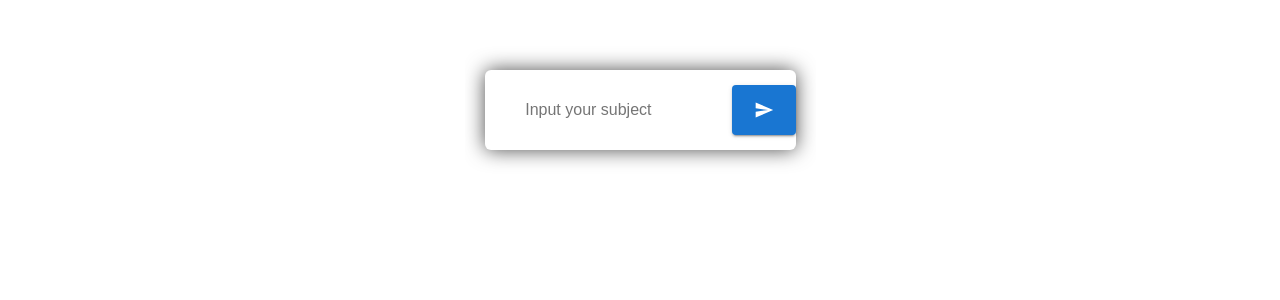
Repository: thienv29/todolist
Page: /
The author's editor kept a copy of each file at every save. The page is drawn from the files as they stood at one save, then again after the next save.
The browser window is 1280 px wide. The pictures show the whole page.
The project was rebuilt for these pictures with package versions that can differ from the ones it lists, and the page was loaded fresh each time. Also part of the build but not shown: src/components/TodoEditing.js, src/components/Todo.js.

Above is the page before, as saved 2021-10-22 17:23:50.

### public/index.html
<!DOCTYPE html>
<html lang="en">
    <head>
        <meta charset="utf-8" />
        <link rel="icon" href="%PUBLIC_URL%/favicon.ico" />
        <meta name="viewport" content="width=device-width, initial-scale=1" />
        <meta name="theme-color" content="#000000" />
        <meta name="description" content="Web site created using create-react-app" />
        <link rel="apple-touch-icon" href="%PUBLIC_URL%/logo192.png" />
        <!--
      manifest.json provides metadata used when your web app is installed on a
      user's mobile device or desktop. See https://developers.google.com/web/fundamentals/web-app-manifest/
    -->
        <link rel="manifest" href="%PUBLIC_URL%/manifest.json" />
        <!--
      Notice the use of %PUBLIC_URL% in the tags above.
      It will be replaced with the URL of the `public` folder during the build.
      Only files inside the `public` folder can be referenced from the HTML.

      Unlike "/favicon.ico" or "favicon.ico", "%PUBLIC_URL%/favicon.ico" will
      work correctly both with client-side routing and a non-root public URL.
      Learn how to configure a non-root public URL by running `npm run build`.
    -->
        <link
            rel="stylesheet"
            href="https://fonts.googleapis.com/css?family=Roboto:300,400,500,700&display=swap"
        />
        <title>React App</title>
    </head>
    <body>
        <noscript>You need to enable JavaScript to run this app.</noscript>
        <div id="root"></div>
        <!--
      This HTML file is a template.
      If you open it directly in the browser, you will see an empty page.

      You can add webfonts, meta tags, or analytics to this file.
      The build step will place the bundled scripts into the <body> tag.

      To begin the development, run `npm start` or `yarn start`.
      To create a production bundle, use `npm run build` or `yarn build`.
    --></body>
</html>

### src/index.js
import React from "react";
import ReactDOM from "react-dom";
import App from "./App";
import "./style.scss";
import store from "./redux/store";
import { Provider } from "react-redux";

ReactDOM.render(
    <Provider store={store}>
        <React.StrictMode>
            <App />
        </React.StrictMode>
    </Provider>,
    document.getElementById("root")
);

### src/App.js
import React from "react";
import TodoList from "./components/TodoList.js";
import Input from "./components/Input.js";
import {Toaster} from 'react-hot-toast'
import Grid from "@mui/material/Grid";
export default function App() {
    return (
        <Grid container className="main">
            <Input />
            <TodoList />
                <Toaster position="top-center" reverseOrder={false} />
        </Grid>
    );
}

### src/style.scss
*{
    margin: 0;
    padding: 0;
    box-sizing: border-box;
    font-family: Arial, Helvetica, sans-serif;
}
body{
    width: 100%;
    height: 100vh;
    display: flex;
    justify-content: center;
}
.main{
    width: 800px;
    height: 100%;
    padding-top: 20%;
    padding-left: 20px;
    padding-right: 20px;
    overflow: hidden;
}
.todolist{
    transition: .5s ease-in ;
}
.inputTodo{
    width: 100%;
    background-color: white;
    height: 80px;
    position: relative;
    display: flex;
    justify-content: center;
    align-items: center;
    padding: 0px 20px;
    border-radius: 6px;
    box-shadow: 0px 0px 20px rgba($color: #000000, $alpha: 0.7);
    margin-bottom: 30px;
    .inputdiv{

        height: 100%;
    }
    .input{
        width: 100%;
        height: 100%;
        border: none;
        outline: none;
        font-size: medium;

    }
    .inputTime{
        position: absolute;
    }
    .MuiButton-root.MuiButton-contained.MuiButton-containedPrimary.MuiButton-sizeMedium.MuiButton-containedSizeMedium.MuiButtonBase-root.css-sghohy-MuiButtonBase-root-MuiButton-root{
        height: 50px;
    }
    .MuiButton-endIcon.MuiButton-iconSizeMedium.css-9tj150-MuiButton-endIcon{
        padding: 0;
        margin: 0;
    }
    .MuiGrid-root.MuiGrid-item.MuiGrid-grid-xs-2.css-a0vo9r-MuiGrid-root
    {
        text-align: right;
    }
}
.todo{
    width: 100%;
    height: 60px;
    background-color: white;
    margin: 10px 0px;
    display: flex;
    align-items: center;
    justify-content: space-between;
    padding: 0px 20px;
    box-shadow: 0px 0px 20px rgba($color: #000000, $alpha: 0.7);
    border-radius: 6px;
    .tododivleft{
        align-items: center;
        display: flex;
    }
}

.todo {
    transform: translateX(200%);
    animation:
        openspace .3s ease forwards,
        restored-item-animation .5s .3s cubic-bezier(.14,.25,.52,1.56) forwards;
}

@keyframes openspace {
    to {
        height: 60px;
    }
}

@keyframes restored-item-animation {
    0% {
        opacity: 0;
         transform: translateX(100%);
    }

    70% {
        opacity: 1;
        transform: translateX(-50px);
    }

    100% {
        opacity: 1;
        transform: translateX(0);
    }
}
.todo.removed-item {
    animation: removed-item-animation .6s cubic-bezier(.65,-0.02,.72,.29);
}

@keyframes removed-item-animation {
   0% {
        opacity: 1;
        transform: translateX(0);
    }

    30% {
        opacity: 1;
        transform: translateX(50px);
    }

    80% {
        opacity: 1;
        transform: translateX(-800px);
    }

    100% {
        opacity: 0;
        transform: translateX(-800px);
    }
}
.tododivright{
    display: flex;
    align-items: center;
}

### src/redux/store.js
import { createStore } from "redux";
import reducers from "./reducers";
const store = createStore(reducers)
export default store;

### src/components/TodoList.js
import React, {  useEffect } from "react";
import Todo from "./Todo.js";
import {  useSelector } from "react-redux";
import _ from "underscore";
import { saveList } from "../redux/actions/index.js";
import { useDispatch } from "react-redux";
export default function TodoList() {
    const ListTodo = useSelector((state) => state.listTodo, _.isEqual);
    const dispatch = useDispatch()
    useEffect(() => {
        console.log(ListTodo);
        dispatch(saveList())
    }, [ListTodo]);
    return (
        <div className='todolist'>
            {ListTodo.map((TodoChild) => {
                return (
                    <Todo key={TodoChild.id} Todo={TodoChild}  />
                );
            })}
        </div>
    );
}

### src/components/Input.js
import React from "react";
import DateTimePicker from "@mui/lab/DateTimePicker";
import TextField from "@mui/material/TextField";
import AdapterDateFns from "@mui/lab/AdapterDateFns";
import LocalizationProvider from "@mui/lab/LocalizationProvider";
import Grid from "@mui/material/Grid";
import Button from "@mui/material/Button";
import SendIcon from "@mui/icons-material/Send";
import { useDispatch } from "react-redux";
import { addElement } from "../redux/actions";

export default function Input() {
    const [valueNote, setValueNote] = React.useState({
        time: '',
        note: "",
    });
    const dispatch = useDispatch();

    const handleAddNote = () => {
        if (valueNote.note === "") {
        } else {
            dispatch(addElement(valueNote));
            setValueNote({
                ...valueNote,
                note: "",
            });
        }
    };

    return (
        <Grid className="inputTodo" lg={12} >
            <Grid item className='inputdiv' >
                <input
                    type="text"
                    value={valueNote.note}
                    onChange={(e) => {
                        setValueNote({ ...valueNote, note: e.target.value });
                    }}
                    className="input"
                    placeholder="Input your subject"
                />
            </Grid>
            <Grid item >
                <LocalizationProvider dateAdapter={AdapterDateFns}>
                    <DateTimePicker
                        className="inputTime"
                        label="Deadline"
                        value={valueNote.time}
                        onChange={(time) => {
                            setValueNote({ ...valueNote, time: time });
                        }}

                        renderInput={(params) => <TextField {...params} />}
                    />
                </LocalizationProvider>
            </Grid>
            <Grid item xs={1}>
                <Button
                    onClick={handleAddNote}
                    variant="contained"
                    endIcon={<SendIcon />}
                ></Button>
            </Grid>
        </Grid>
    );
}

### src/redux/reducers/index.js
import { combineReducers } from "redux";
import TodoListReducer from "./todolistReducer.js";
const reducers = combineReducers({
    listTodo: TodoListReducer,
});
export default reducers;

### src/redux/actions/index.js

export const setComplete = function (id,bool) {
    return {
        type: "SET_COMPLETE",
        data: {
            id,
            bool
        }
    };
};
export const deleteElement = function (id) {
    return {
        type: "DELETE_ELEMENT",
        data: id,
    };
};
export const addElement = function (element) {
    return {
        type: "ADD_ELEMENT",
        data: element,
    };
};
export const editElement = function (element) {
    return {
        type: "EDIT_ELEMENT",
        data: element,
    };
};
export const saveList = function () {
    return {
        type: "SAVE",
    };
};

export const reset = () => ({
    type: "RESET",
});

### src/redux/reducers/todolistReducer.js
import uuid from "react-uuid";
import toast from 'react-hot-toast';
export const initialState = JSON.parse(localStorage.getItem("listTodo") || "[]");
const TodoListReducer = (state = initialState, action) => {
    const tmp = [...state];
    switch (action.type) {
        case "SET_COMPLETE":
            tmp.forEach((e) => {
                if (e.id === action.data.id) {
                    e.isComplete = action.data.bool;
                }
            });
            return tmp;
        case "DELETE_ELEMENT":
            const removeIndex = tmp.findIndex((item) => item.id === action.data);
            tmp.splice(removeIndex, 1);
            return tmp;
        case "ADD_ELEMENT":
            const date2 = new Date();
            const date1 = new Date(action.data.time);
            const Difference_In_Time = date1.getTime() - date2.getTime();
            const Difference_In_Days = Math.floor(
                Difference_In_Time / (1000 * 3600 * 24)
            );
            if (Difference_In_Days>=0) {
                tmp.push({
                    Subject: action.data.note,
                    time: action.data.time,
                    id: uuid(),
                    isComplete: false,
                    remainingDays:Difference_In_Days
                });
            }else{
                toast.error('Ngày không hợp lệ')
            }

            tmp.sort((a,b) => {
              return a.remainingDays - b.remainingDays
            })

            return tmp;
        case "EDIT_ELEMENT":
            tmp.forEach((e) => {
                if (e.id === action.data.id) {
                    e.Subject = action.data.Subject;
                }
            });
            return tmp;
        case "SAVE":
            localStorage.setItem('listTodo',JSON.stringify(tmp))
            return tmp;
        case "RESET":
            return [];

        default:
            return state;
    }
};

export default TodoListReducer;

After the next save:
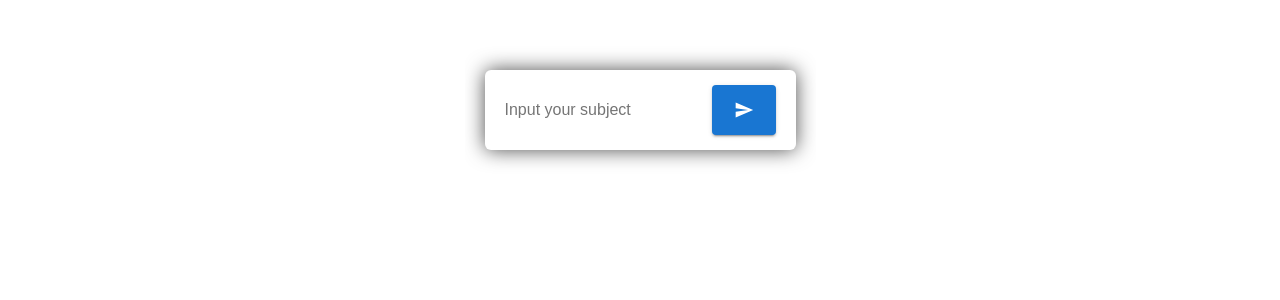
Saved 6 s later.
--- a/src/components/Input.js
+++ b/src/components/Input.js
@@ -54,7 +54,7 @@ export default function Input() {
                     />
                 </LocalizationProvider>
             </Grid>
-            <Grid item xs={1}>
+            <Grid item >
                 <Button
                     onClick={handleAddNote}
                     variant="contained"
